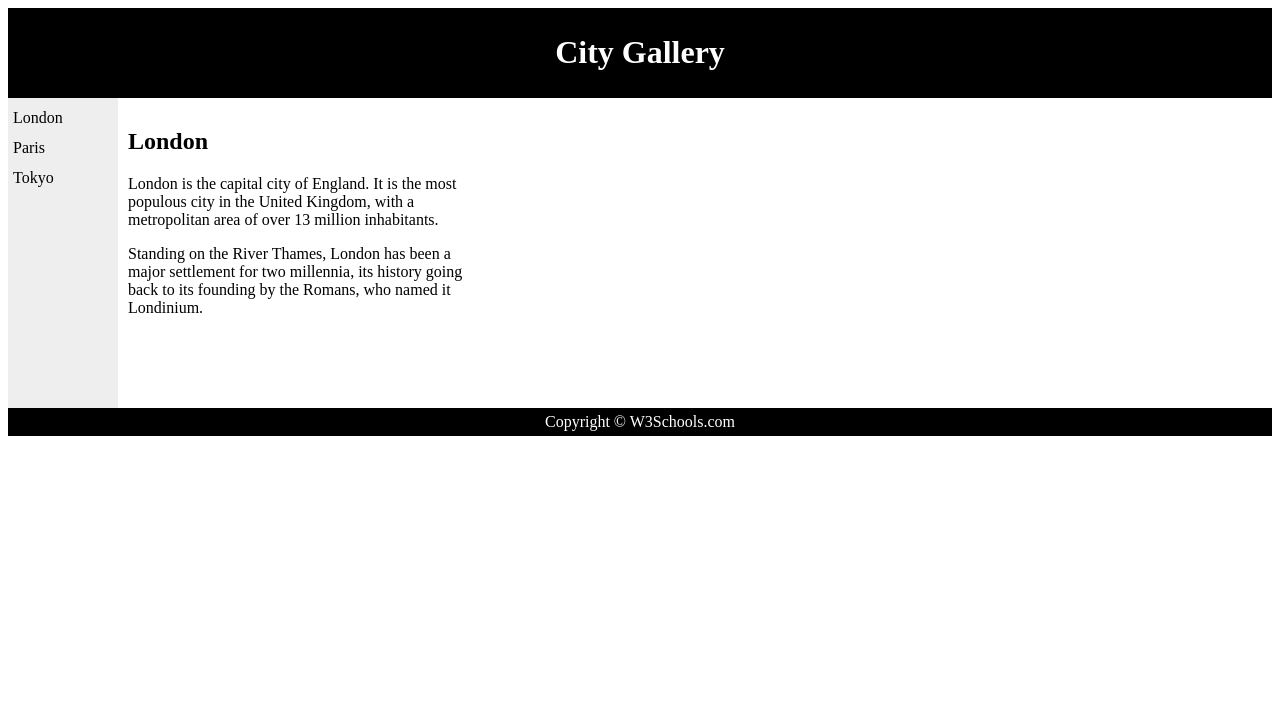
Repository: sumitkum200690/PLAY_SLICK
Page: Play_DB/app/views/DEMO.html
The author's editor kept a copy of each file at every save. The page is drawn from the files as they stood at one save, then again after the next save.
The browser window is 1280 px wide. The pictures show the whole page.

Above is the page before, as saved 2015-09-24 07:56:16.

### Play_DB/app/views/DEMO.html
<!DOCTYPE html>
<html>
<head>
<style>
#header {
    background-color:black;
    color:white;
    text-align:center;
    padding:5px;
}
#nav {
    line-height:30px;
    background-color:#eeeeee;
    height:300px;
    width:100px;
    float:left;
    padding:5px;
}
#section {
    width:350px;
    float:left;
    padding:10px;
}
#footer {
    background-color:black;
    color:white;
    clear:both;
    text-align:center;
   padding:5px;
}
</style>
</head>
<body>

<div id="header">
<h1>City Gallery</h1>
</div>

<div id="nav">
London<br>
Paris<br>
Tokyo<br>
</div>

<div id="section">
<h2>London</h2>
<p>
London is the capital city of England. It is the most populous city in the United Kingdom,
with a metropolitan area of over 13 million inhabitants.
</p>
<p>
Standing on the River Thames, London has been a major settlement for two millennia,
its history going back to its founding by the Romans, who named it Londinium.
</p>
</div>

<div id="footer">
Copyright © W3Schools.com
</div>

</body>
</html>

After the next save:
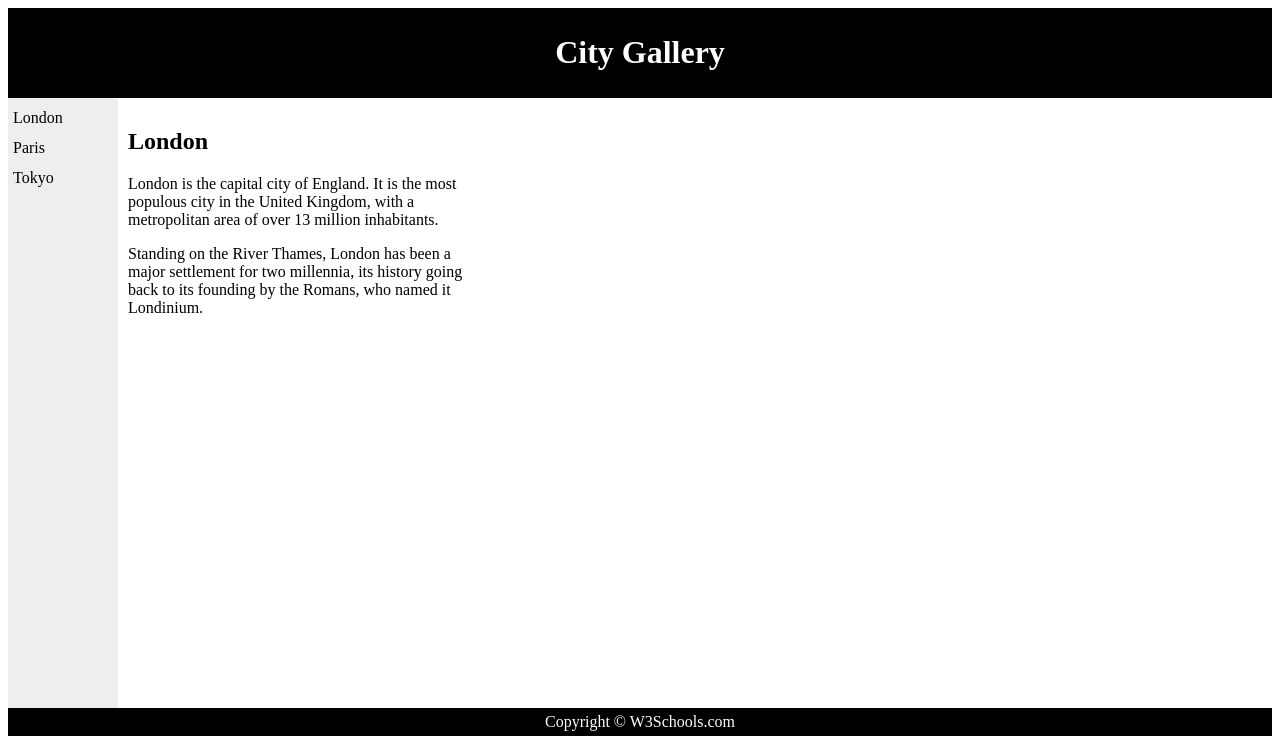
Saved 38 s later.
--- a/Play_DB/app/views/DEMO.html
+++ b/Play_DB/app/views/DEMO.html
@@ -11,7 +11,7 @@
 #nav {
     line-height:30px;
     background-color:#eeeeee;
-    height:300px;
+    height:600px;
     width:100px;
     float:left;
     padding:5px;
